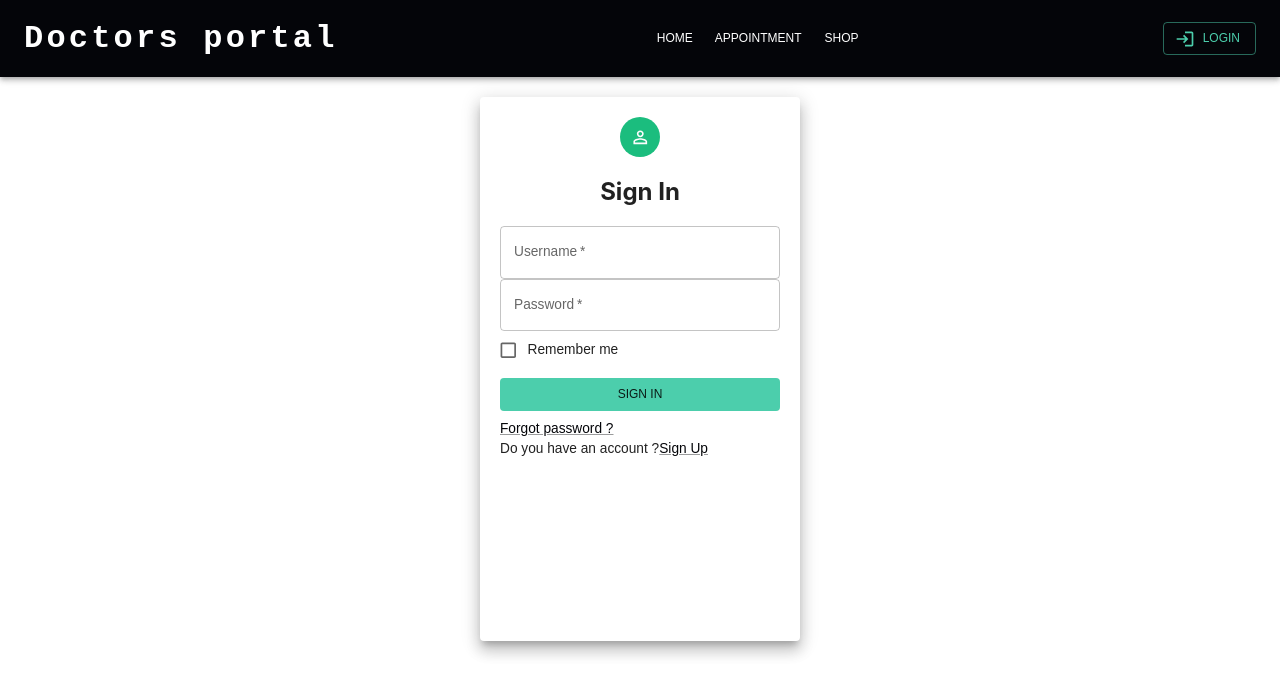
Repository: mdrubel02/health-care
Page: /login
These files come from the project's save history. The page is drawn as it stood at one moment and after the next save; the edit follows.
The browser window is 1280 px wide. The pictures show the whole page.
The project was rebuilt for these pictures with package versions that can differ from the ones it lists, and the page was loaded fresh each time. Also part of the build but not shown: src/Pages/Appointment/Appointment.js, src/Pages/Home/Banner/Banner.js, src/Pages/Home/Information/Information.js, src/Pages/Home/Services/Services.js, src/Pages/Home/Home.js, src/Animation/index.js, src/Styles/Product/index.js, src/Pages/Shop/ProductMeta.js and 3 more.

Above is the page before, as saved 2022-11-20 14:05:13.

### src/index.js
import React from 'react';
import ReactDOM from 'react-dom';
import './index.css';
import App from './App';
import reportWebVitals from './reportWebVitals';
import { ColorContextProvider } from './Theme/Theme';

ReactDOM.render(
  <React.StrictMode>
    <ColorContextProvider>
      <App />
    </ColorContextProvider>
  </React.StrictMode>,
  document.getElementById('root')
);

// If you want to start measuring performance in your app, pass a function
// to log results (for example: reportWebVitals(console.log))
// or send to an analytics endpoint. Learn more: https://bit.ly/CRA-vitals
reportWebVitals();

### src/App.js
import { RouterProvider } from 'react-router-dom';
import router from './Layout/router';

function App() {
  return (
    <div>
     <RouterProvider router={router}></RouterProvider>
    </div>
  );
}

export default App;

### src/Theme/Theme.js
import { createTheme, ThemeProvider } from "@mui/material";
import { createContext, useMemo, useState } from "react";

// color design tokens export
export const DrawerWidth = 250;
export const tokens = (mode) => ({
    ...(mode === "dark"
        ? {
            grey: {
                100: "#e0e0e0",
                200: "#c2c2c2",
                300: "#a3a3a3",
                400: "#858585",
                500: "#666666",
                600: "#525252",
                700: "#3d3d3d",
                800: "#292929",
                900: "#141414",
            },
            primary: {
                100: "#d0d1d5",
                200: "#a1a4ab",
                300: "#727681",
                400: "#1F2A40",
                500: "#141b2d",
                600: "#101624",
                700: "#0c101b",
                800: "#080b12",
                900: "#040509",
            },
            greenAccent: {
                100: "#dbf5ee",
                200: "#b7ebde",
                300: "#94e2cd",
                400: "#70d8bd",
                500: "#4cceac",
                600: "#3da58a",
                700: "#2e7c67",
                800: "#1e5245",
                900: "#0f2922",
            },
            redAccent: {
                100: "#f8dcdb",
                200: "#f1b9b7",
                300: "#e99592",
                400: "#e2726e",
                500: "#db4f4a",
                600: "#af3f3b",
                700: "#832f2c",
                800: "#58201e",
                900: "#2c100f",
            },
            blueAccent: {
                100: "#e1e2fe",
                200: "#c3c6fd",
                300: "#a4a9fc",
                400: "#868dfb",
                500: "#6870fa",
                600: "#535ac8",
                700: "#3e4396",
                800: "#2a2d64",
                900: "#151632",
            },
        }
        : {
            grey: {
                100: "#141414",
                200: "#292929",
                300: "#3d3d3d",
                400: "#525252",
                500: "#666666",
                600: "#858585",
                700: "#a3a3a3",
                800: "#c2c2c2",
                900: "#e0e0e0",
            },
            primary: {
                100: "#040509",
                200: "#080b12",
                300: "#0c101b",
                400: "#f2f0f0", // manually changed
                500: "#141b2d",
                600: "#1F2A40",
                700: "#727681",
                800: "#a1a4ab",
                900: "#d0d1d5",
            },
            greenAccent: {
                100: "#0f2922",
                200: "#1e5245",
                300: "#2e7c67",
                400: "#3da58a",
                500: "#4cceac",
                600: "#70d8bd",
                700: "#94e2cd",
                800: "#b7ebde",
                900: "#dbf5ee",
            },
            redAccent: {
                100: "#2c100f",
                200: "#58201e",
                300: "#832f2c",
                400: "#af3f3b",
                500: "#db4f4a",
                600: "#e2726e",
                700: "#e99592",
                800: "#f1b9b7",
                900: "#f8dcdb",
            },
            blueAccent: {
                100: "#151632",
                200: "#2a2d64",
                300: "#3e4396",
                400: "#535ac8",
                500: "#6870fa",
                600: "#868dfb",
                700: "#a4a9fc",
                800: "#c3c6fd",
                900: "#e1e2fe",
            },
        }),
});

// mui theme settings
export const themeSettings = (mode) => {
    const colors = tokens(mode);
    return {
        palette: {
            mode: mode,
            ...(mode === "dark"
                ? {
                    // palette values for dark mode
                    primary: {
                        main: colors.primary[500],
                    },
                    secondary: {
                        main: colors.greenAccent[500],
                    },
                    neutral: {
                        dark: colors.grey[700],
                        main: colors.grey[500],
                        light: colors.grey[100],
                    },
                    background: {
                        default: colors.primary[500],
                    },
                }
                : {
                    // palette values for light mode
                    primary: {
                        main: colors.primary[100],
                    },
                    secondary: {
                        main: colors.greenAccent[500],
                    },
                    neutral: {
                        dark: colors.grey[700],
                        main: colors.grey[500],
                        light: colors.grey[100],
                    },
                    background: {
                        default: "#fcfcfc",
                    },
                }),
        },
        components: {

            MuiButton: {
                defaultProps: {
                    disableRipple: true,
                    disableElevation: true,
                    styleOverrides: {
                        textDecoration: 'none',
                        "&:hover": {
                            color: "#fff"
                        }
                    },
                },
                MuiTooltip: {
                    defaultProps: {
                      arrow: true,
                    },
                    styleOverrides: {
                      tooltip: {
                        background: '',
                      },
                      arrow: {
                        color: '',
                      },
                    },
                  },
            },
            MuiDrawer: {
                styleOverrides: {
                  paper: {
                    width: DrawerWidth,
                    background: '',
                    color: '',
                    borderRadius: '0px 100px 0px 0px',
                    borderRight: `1px solid `
                  }
                }
              },
              MuiDivider: {
                styleOverrides: {
                  root: {
                    borderColor: 'gray'
                  }
                }
              },
        },
        typography: {
            fontFamily: ["Source Sans Pro", "sans-serif"].join(","),
            fontSize: 12,
            h1: {
                fontFamily: ["Source Sans Pro", "sans-serif"].join(","),
                fontSize: 40,
            },
            h2: {
                fontFamily: ["Source Sans Pro", "sans-serif"].join(","),
                fontSize: 32,
            },
            h3: {
                fontSize: '1.3rem',
                letterSpacing: '0rem',
                '@media (min-width:600px)': {
                  fontSize: '2rem',
                },
            },
            h4: {
                fontFamily: ["Source Sans Pro", "sans-serif"].join(","),
                fontSize: 20,
            },
            h5: {
                fontFamily: ["Source Sans Pro", "sans-serif"].join(","),
                fontSize: 16,
            },
            h6: {
                fontFamily: ["Source Sans Pro", "sans-serif"].join(","),
                fontSize: 14,
            },
        },
    };
};

export const ColorModeContext = createContext({
    toggleMode: () => { },
    mode: "light"
})


export const ColorContextProvider = ({ children }) => {
    const [mode, setMode] = useState("light")

    const colorMode = useMemo(() => ({
        toggleMode: () => setMode(prevMode => prevMode === "light" ? "dark" : "light"),
        mode
    }), [mode])
    const theme = useMemo(() => createTheme(themeSettings(mode)), [mode]);

    return (
        <ColorModeContext.Provider value={colorMode}>
            <ThemeProvider theme={theme}>
                {children}
            </ThemeProvider>
        </ColorModeContext.Provider>
    )
}

### src/Layout/router.js
import { createBrowserRouter } from "react-router-dom";
import Appointment from "../Pages/Appointment/Appointment";
import Home from "../Pages/Home/Home";
import Login from "../Pages/Login/Login";
import Shop from "../Pages/Shop/Shop";
import Main from "./Main";


const router = createBrowserRouter([{
    path: '/',
    element: <Main/>,
    children: [
        {path: '/',element: <Home/>},
        {path: '/home',element: <Home/>},
        {path: '/appointment',element: <Appointment/>},
        {path: '/shop',element: <Shop/>},
        {path: '/login',element: <Login/>},
    ]
}])
export default router;

### src/Pages/Login/Login.js
import { Avatar, Button, Checkbox, FormControlLabel, Grid, Link, Paper, TextField, Typography } from '@mui/material';
import PersonOutlineIcon from '@mui/icons-material/PersonOutline';
import React from 'react';

const Login = () => {
    const paperStyle={padding :20,height:'70vh',width:280, margin:"20px auto"}
    const avatarStyle={backgroundColor:'#1bbd7e'}
    const btnstyle={margin:'8px 0'}
    return (
        <Grid>
            <Paper elevation={10} style={paperStyle}>
                <Grid align='center'>
                     <Avatar style={avatarStyle}><PersonOutlineIcon/></Avatar>
                    <h2>Sign In</h2>
                </Grid>
                <TextField label='Username' placeholder='Enter username' fullWidth required/>
                <TextField label='Password' placeholder='Enter password' type='password' fullWidth required/>
                <FormControlLabel
                    control={
                    <Checkbox
                        name="checkedB"
                        color="secondary"
                    />
                    }
                    label="Remember me"
                 />
                <Button type='submit' color='secondary' variant="contained" style={btnstyle} fullWidth>Sign in</Button>
                <Typography >
                     <Link href="#" >
                        Forgot password ?
                </Link>
                </Typography>
                <Typography > Do you have an account ?
                     <Link href="#" >
                        Sign Up
                </Link>
                </Typography>
            </Paper>
        </Grid>
    );
};

export default Login;

### src/Layout/Main.js
import React from 'react';
import { Outlet } from 'react-router-dom';
import Header from '../Pages/Header/Header';

const Main = () => {
    return (
        <div>
           <Header/>
           <Outlet/>

        </div>
    );
};

export default Main;

### src/Pages/Header/Header.js
import { AppBar, Avatar, Box, Button, Container, IconButton, Menu, MenuItem, Toolbar, Tooltip, Typography, useTheme } from '@mui/material';
import AdbIcon from '@mui/icons-material/Adb';
import MenuIcon from '@mui/icons-material/Menu';
import { Link as RouterLink } from 'react-router-dom';
import React, { useState } from 'react';
import { tokens } from '../../Theme/Theme';
// import { Link } from 'react-router-dom';
import LoginIcon from '@mui/icons-material/Login';
import './Header.css'


const settings = ['Profile', 'Account', 'Dashboard', 'Logout'];

const Header = () => {
    const theme = useTheme();
    const colors = tokens(theme.palette.mode);
    const [anchorElNav, setAnchorElNav] = useState(null);
    const [anchorElUser, setAnchorElUser] = useState(null);

    const items = <React.Fragment>
        <Button sx={{ color: 'white' }} component={RouterLink} to="/home">Home</Button>
        <Button sx={{ color: 'white' }} component={RouterLink} to="/appointment">Appointment</Button>
        <Button sx={{ color: 'white' }} component={RouterLink} to="/shop">Shop</Button>
    </React.Fragment>

    const handleOpenNavMenu = (event) => {
        setAnchorElNav(event.currentTarget);
    };
    const handleOpenUserMenu = (event) => {
        setAnchorElUser(event.currentTarget);
    };

    const handleCloseNavMenu = () => {
        setAnchorElNav(null);
    };

    const handleCloseUserMenu = () => {
        setAnchorElUser(null);
    };
    return (
        <AppBar position="static">
            <Container maxWidth="xl">
                <Toolbar disableGutters>

                    <Typography
                        variant="h3"
                        noWrap
                        component="a"
                        href="/"
                        sx={{
                            mr: 2,
                            display: { xs: 'none', md: 'flex' },
                            fontFamily: 'monospace',
                            fontWeight: 700,
                            letterSpacing: '.2rem',
                            color: 'inherit',
                            textDecoration: 'none',
                        }}
                    >
                        Doctors portal
                    </Typography>

                    <Box className='middle' sx={{ flexGrow: 1, display: { xs: 'flex', md: 'none' }, justifyContent: 'center' }}>
                        <IconButton
                            size="large"
                            aria-label="account of current user"
                            aria-controls="menu-appbar"
                            aria-haspopup="true"
                            onClick={handleOpenNavMenu}
                            color="inherit"
                        >
                            <MenuIcon />
                        </IconButton>
                        <Menu
                            id="menu-appbar"
                            anchorEl={anchorElNav}
                            anchorOrigin={{
                                vertical: 'bottom',
                                horizontal: 'left',
                            }}
                            keepMounted
                            transformOrigin={{
                                vertical: 'top',
                                horizontal: 'left',
                            }}
                            open={Boolean(anchorElNav)}
                            onClose={handleCloseNavMenu}
                            sx={{
                                display: { xs: 'block', md: 'none' },
                            }}
                        >

                            <MenuItem onClick={handleCloseNavMenu}>
                                <Typography variant="h5" sx={{ color: 'withe' }} textAlign="center">{items}</Typography>
                            </MenuItem>

                        </Menu>
                    </Box>

                    <Typography
                        variant="h3"
                        noWrap
                        component="a"
                        href=""
                        sx={{
                            mr: 2,
                            display: { xs: 'flex', md: 'none' },
                            flexGrow: 1,
                            fontFamily: 'monospace',
                            fontWeight: 700,
                            letterSpacing: '.3rem',
                            color: 'inherit',
                            textDecoration: 'none',
                        }}
                    >
                        Doctors portal
                    </Typography>
                    <Box sx={{ flexGrow: 1, display: { xs: 'none', md: 'flex' } }}>

                        <Button

                            onClick={handleCloseNavMenu}
                            sx={{ color: `${colors.grey[400]} !important`, my: 2, display: 'block' }}
                        >
                            {items}
                        </Button>

                    </Box>





                    <Box sx={{ flexGrow: 0 }}>
                        <Button
                            color='secondary'
                            variant="outlined" component={RouterLink} to='/login' startIcon={<LoginIcon />}>
                            Login
                        </Button>
                        {/* <Tooltip title="Open settings">
                            <IconButton onClick={handleOpenUserMenu} sx={{ p: 0 }}>
                                <Avatar alt="Remy Sharp" src="/static/images/avatar/2.jpg" />
                            </IconButton>
                        </Tooltip>
                        <Menu
                            sx={{ mt: '45px' }}
                            id="menu-appbar"
                            anchorEl={anchorElUser}
                            anchorOrigin={{
                                vertical: 'top',
                                horizontal: 'right',
                            }}
                            keepMounted
                            transformOrigin={{
                                vertical: 'top',
                                horizontal: 'right',
                            }}
                            open={Boolean(anchorElUser)}
                            onClose={handleCloseUserMenu}
                        >
                            {settings.map((setting) => (
                                <MenuItem key={setting} onClick={handleCloseUserMenu}>
                                    <Typography textAlign="center">{setting}</Typography>
                                </MenuItem>
                            ))}
                        </Menu> */}
                    </Box>
                </Toolbar>
            </Container>
        </AppBar>
    );
};

export default Header;

### src/Pages/Header/Header.css
.lip{
    color: white;
}
.css-1t6c9ts{
    justify-content: center;
}

Loaded but not shown: public/index.html (common file); src/index.css (common file); src/reportWebVitals.js (common file)

After the next save:
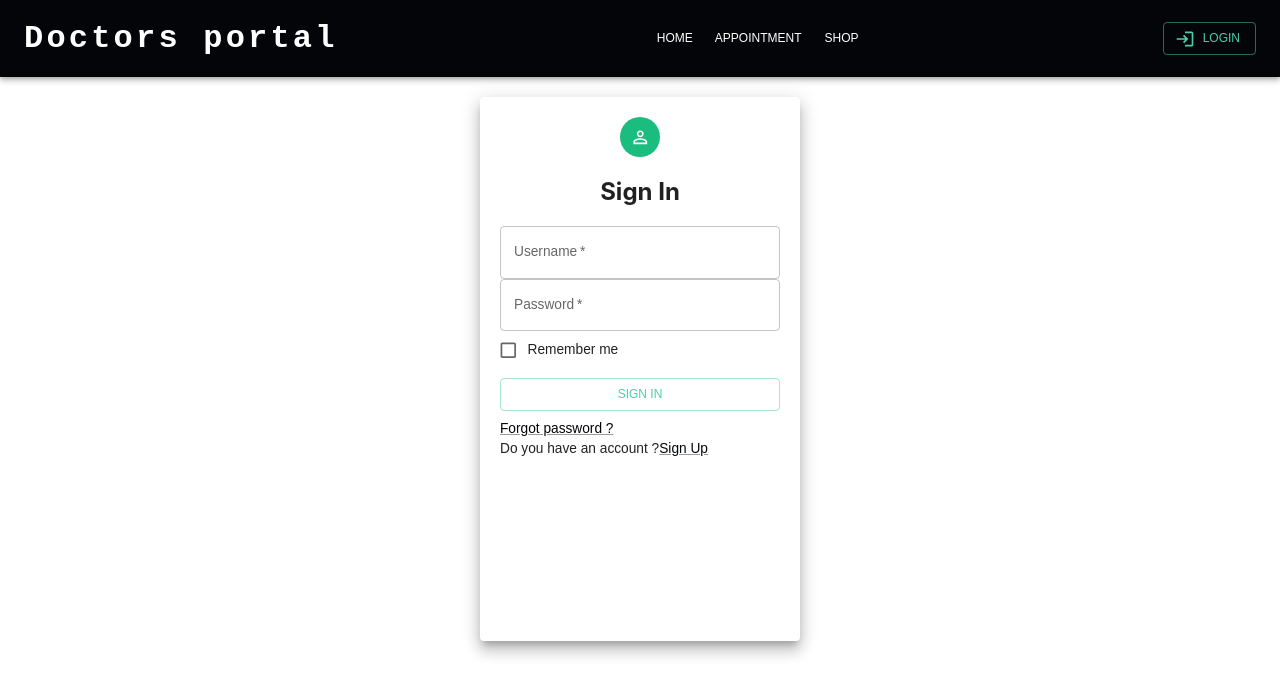
Saved 63 s later.
--- a/src/Pages/Login/Login.js
+++ b/src/Pages/Login/Login.js
@@ -24,7 +24,7 @@ const Login = () => {
                     }
                     label="Remember me"
                  />
-                <Button type='submit' color='secondary' variant="contained" style={btnstyle} fullWidth>Sign in</Button>
+                <Button type='submit' color='secondary' variant="outlined" style={btnstyle} fullWidth>Sign in</Button>
                 <Typography >
                      <Link href="#" >
                         Forgot password ?
